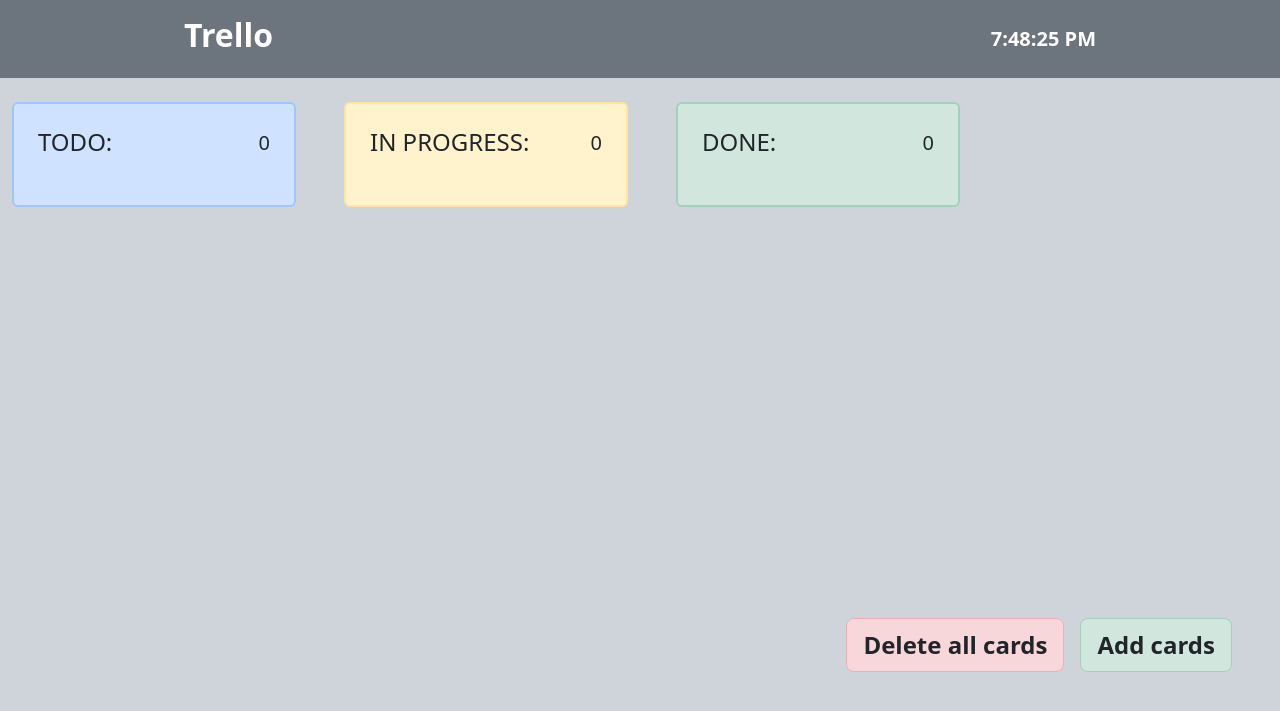
Repository: Valeria154/trello-app-clone
Page: / (app in trello-app-project/)
An editor plug-in stored every save of this project. The page is shown before and after the next save, followed by the edit.
The browser window is 1280 px wide. The pictures show the whole page.
The project was rebuilt for these pictures with package versions that can differ from the ones it lists, and the page was loaded fresh each time. Also part of the build but not shown: trello-app-project/vite.config.js.

Above is the page before, as saved 2025-03-15 22:30:09.
Console error: TypeError: Cannot read properties of null (reading 'addEventListener')

After the next save:
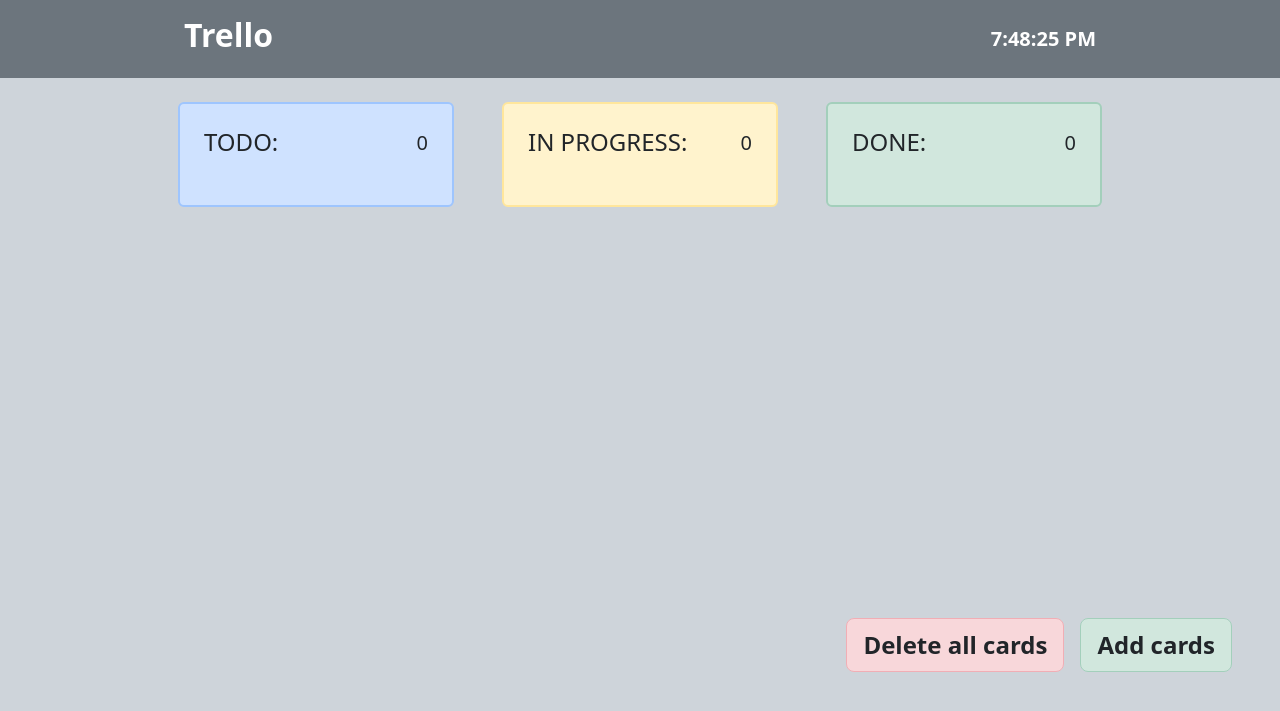
Saved 4 min 35 s later.
--- a/trello-app-project/src/index.html
+++ b/trello-app-project/src/index.html
@@ -16,7 +16,7 @@
 		</div>
 	</header>
 	<main class="p-4">
-		<div class="todo-container text-center w-75">
+		<div class="container todo-wrapp text-center w-75">
 			<div class="row align-items-start mb-6 gap-5">
 				<!-- TODO -->
 				<div class="col border border-primary-subtle border-2 rounded-2 text-dark p-4 bg-primary-subtle">
